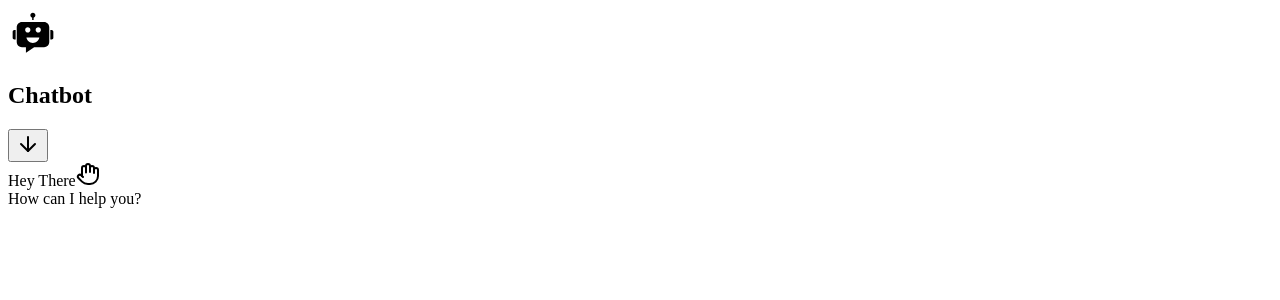
Repository: guilhermecardoso93/ai-bot
Page: /
These files come from the project's save history. The page is drawn as it stood at one moment and after the next save; the edit follows.
The browser window is 1280 px wide. The pictures show the whole page.
The project was rebuilt for these pictures with package versions that can differ from the ones it lists, and the page was loaded fresh each time. Also part of the build but not shown: vite.config.js.

Above is the page before, as saved 2024-11-11 19:58:02.

### index.html
<!doctype html>
<html lang="en">
  <head>
    <meta charset="UTF-8" />
    <link rel="icon" type="image/svg+xml" href="/vite.svg" />
    <meta name="viewport" content="width=device-width, initial-scale=1.0" />
    <title>Ai ChatBot</title>
  </head>
  <body>
    <div id="root"></div>
    <script type="module" src="/src/main.jsx"></script>
  </body>
</html>

### src/index.css
:root {

  font-synthesis: none;
  text-rendering: optimizeLegibility;
  -webkit-font-smoothing: antialiased;
  -moz-osx-font-smoothing: grayscale;
}

### src/App.jsx
import { Main } from "./components/Main";

export function App() {
  return (
    <>
      <Main />
    </>
  );
}

### src/components/Main.jsx
import Logo from "../assets/logo.svg";
import Arrow from "../assets/arrow.svg";
import Hand from "../assets/hand.svg";


export function Main() {
  return (
    <div className="chatbot-popup">
      {/* Header */}
      <div className="chat-header">
        <div className="header-info">
          <img src={Logo} alt="" />
          <h2 className="logo-text">Chatbot</h2>
        </div>
        <button className="material-symbols-rounded">
          <img src={Arrow} alt="" />
        </button>
      </div>

      {/* Body */}
      <div className="chat-body">
        <div className="message bot-message">
          <div className="message-text">
            Hey There
            <img src={Hand} alt="" />
            <br /> How can I help you?
          </div>
        </div>
      </div>
    </div>
  );
}

Loaded but not shown: src/main.jsx (common file)

After the next save:
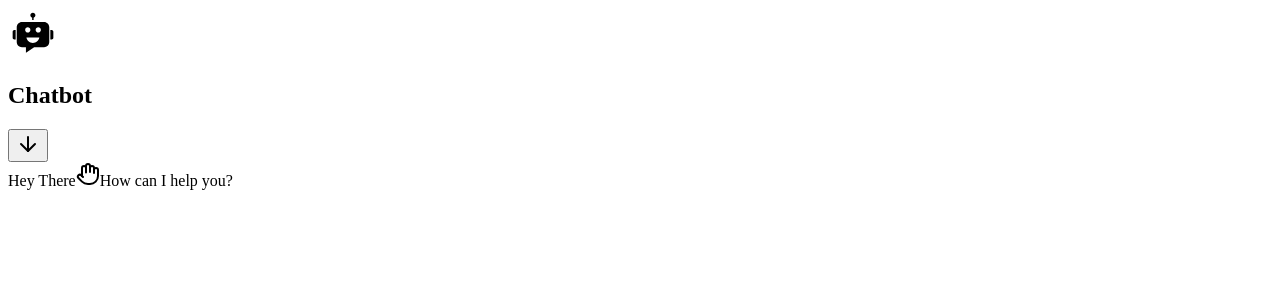
Saved 36 s later.
--- a/src/components/Main.jsx
+++ b/src/components/Main.jsx
@@ -1,7 +1,6 @@
 import Logo from "../assets/logo.svg";
 import Arrow from "../assets/arrow.svg";
 import Hand from "../assets/hand.svg";
-
 
 export function Main() {
   return (
@@ -21,9 +20,11 @@ export function Main() {
       <div className="chat-body">
         <div className="message bot-message">
           <div className="message-text">
-            Hey There
-            <img src={Hand} alt="" />
-            <br /> How can I help you?
+            <span>
+              Hey There
+              <img src={Hand} alt="" />
+            </span>
+            <span>How can I help you?</span>
           </div>
         </div>
       </div>
